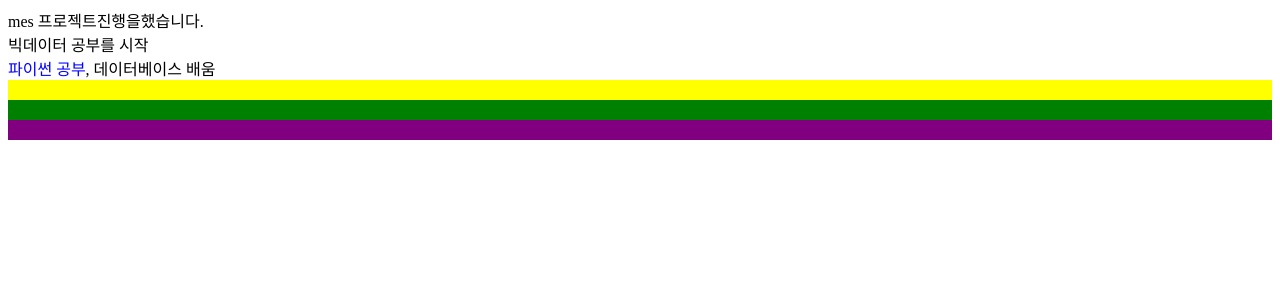
Repository: nijooymik/smartfactory
Page: jsp/t0718/src/main/webapp/html/divspan.html
The author's editor kept a copy of each file at every save. The page is drawn from the files as they stood at one save, then again after the next save.
The browser window is 1280 px wide. The pictures show the whole page.

Above is the page before, as saved 2022-07-18 06:15:21.

After the next save:
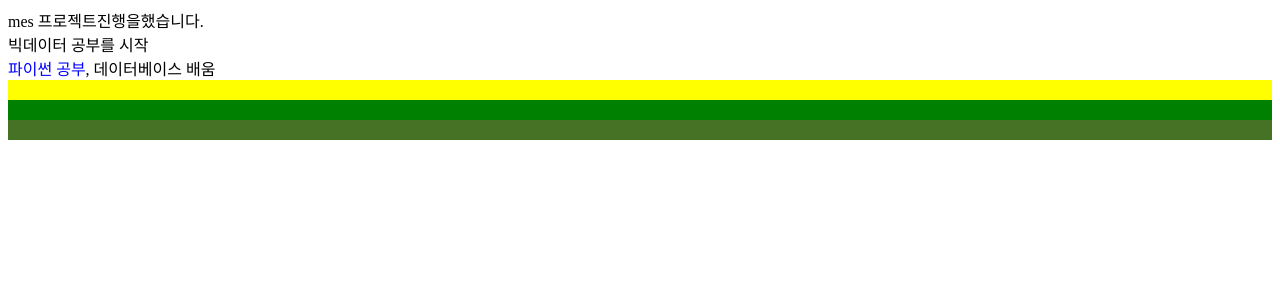
Saved 40 s later.
--- a/jsp/t0718/src/main/webapp/html/divspan.html
+++ b/jsp/t0718/src/main/webapp/html/divspan.html
@@ -14,6 +14,6 @@
 </div>
 <div style="height:20px; background-color:yellow"></div>
 <div style="height:20px; background-color:green"></div>
-<div style="height:20px; background-color:purple"></div>
+<div style="height:20px; background-color:#457224"></div>
 </body>
 </html>

After the save that followed:
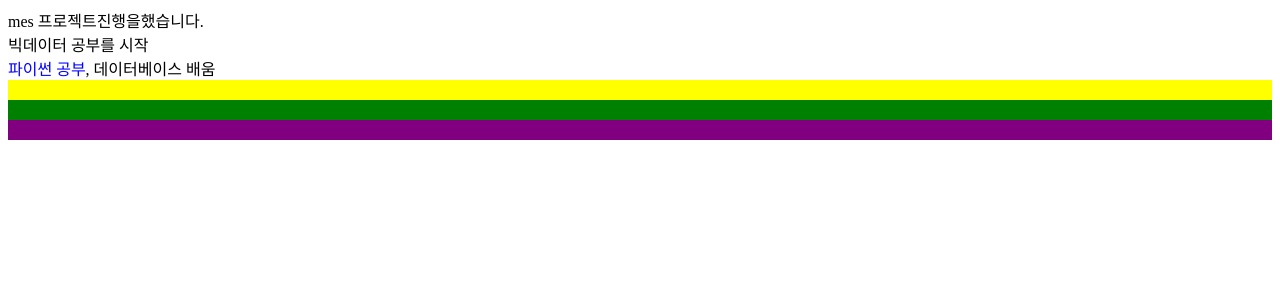
Saved 10 s later.
--- a/jsp/t0718/src/main/webapp/html/divspan.html
+++ b/jsp/t0718/src/main/webapp/html/divspan.html
@@ -14,6 +14,6 @@
 </div>
 <div style="height:20px; background-color:yellow"></div>
 <div style="height:20px; background-color:green"></div>
-<div style="height:20px; background-color:#457224"></div>
+<div style="height:20px; background-color:purple"></div>
 </body>
 </html>
